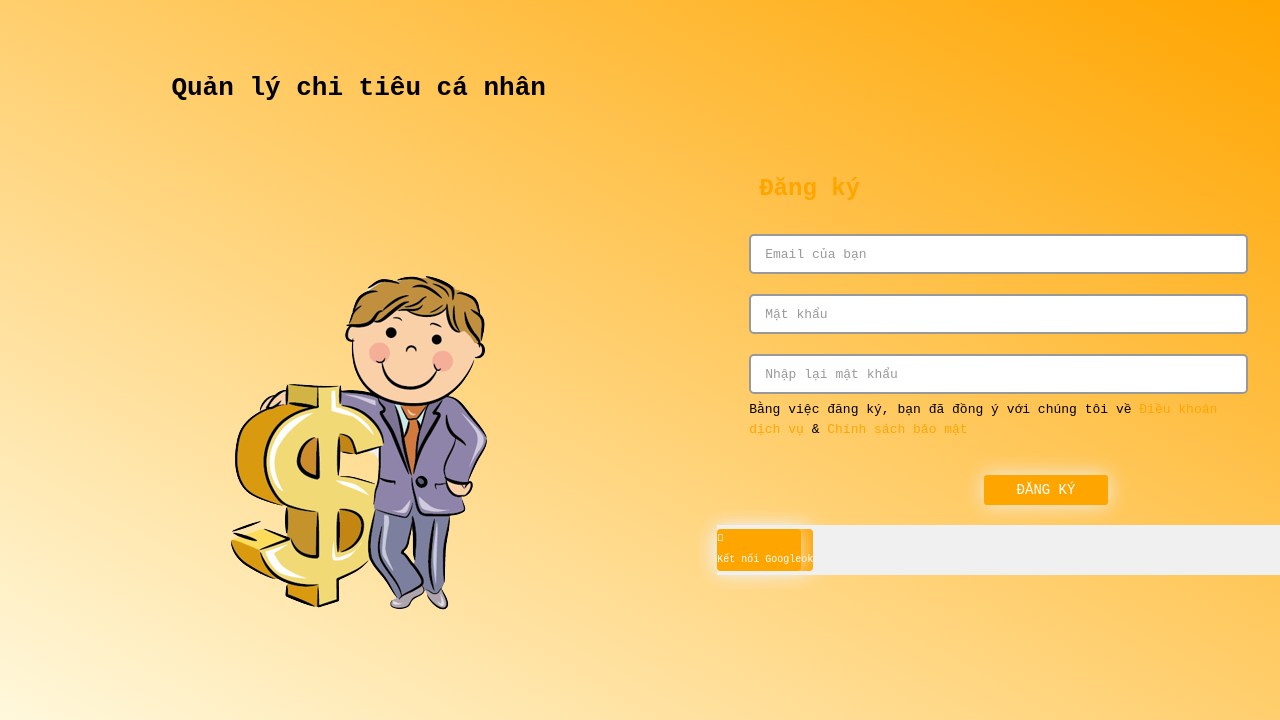
Repository: ximvhs/sochitieu
Page: login.html
These files come from the project's save history. The page is drawn as it stood at one moment and after the next save; the edit follows.
The browser window is 1280 px wide. The pictures show the whole page.
Some web fonts or font styles are not loaded; a fallback is used.

Above is the page before, as saved 2023-04-05 10:10:49.

### login.html
<!DOCTYPE html>
<html lang="en">
<head>
    <meta charset="UTF-8">
    <meta http-equiv="X-UA-Compatible" content="IE=edge">
    <meta name="viewport" content="width=device-width, initial-scale=1.0">
    <title>Đăng nhập</title>
    <link rel="stylesheet" href="./assets/css/login.css">
    <link rel="stylesheet" href="./assets/css/grid.css">
    <link rel="stylesheet" href="./assets/css/resets.css">
    <link rel="stylesheet" href="./assets/css/responsive.css">
    <link rel="stylesheet" href="./assets/css/base.css">
    <link rel="stylesheet" href="./themify-icons-font/themify-icons/themify-icons.css">
    <link rel="stylesheet" href="https://fonts.googleapis.com/css2?family=Material+Symbols+Outlined:opsz,wght,FILL,GRAD@20..48,100..700,0..1,-50..200" />
    <link rel="preconnect" href="https://fonts.googleapis.com">
    <link rel="preconnect" href="https://fonts.gstatic.com" crossorigin>
    <link href="https://fonts.googleapis.com/css2?family=Dongle:wght@700&display=swap" rel="stylesheet">
    <link rel="stylesheet" href="https://stackpath.bootstrapcdn.com/font-awesome/4.7.0/css/font-awesome.min.css"
    integrity="sha384-wvfXpqpZZVQGK6TAh5PVlGOfQNHSoD2xbE+QkPxCAFlNEevoEH3Sl0sibVcOQVnN" crossorigin="anonymous">
    <link rel="preconnect" href="https://fonts.gstatic.com">
    <link href="https://fonts.googleapis.com/css2?family=Open+Sans:ital,wght@0,400;0,600;0,700;0,800;1,400&display=swap"
    rel="stylesheet">
</head>
<body>
    <form action="">
        <div class="modal js-show_register">
                <div class="modal__body">
                    <div class="auth-form--left">
                        <H1>Quản lý chi tiêu cá nhân</H1>
                        <img src="./img/logo-login.png" alt="">
                    </div>
                    <div class="auth-form--right js-auth-form">
                        <div class="auth-form__container">
                            <div class="auth-form__header">
                                <h3 class="auth-form__heading">Đăng ký</h3>
                            </div>

                            <div class="auth-form__form">
                                <div class="auth-form__group">
                                    <input type="text" class="auth-form__input" required placeholder=" ">
                                    <div class="form-label">Email của bạn</div>
                                </div>
                                <div class="auth-form__group">
                                    <input type="password" class="auth-form__input" required placeholder=" ">
                                    <div class="form-label">Mật khẩu</div>
                                </div>
                                <div class="auth-form__group">
                                    <input type="password" class="auth-form__input" required placeholder=" ">
                                    <div class="form-label">Nhập lại mật khẩu</div>
                                </div>
                            </div>

                            <div class="auth-form__aside">
                                <p class="auth-form__policy-text">
                                    Bằng việc đăng ký, bạn đã đồng ý với chúng tôi về
                                    <a href="#" class="auth-form__text-link">Điều khoản dịch vụ</a> &
                                    <a href="#" class="auth-form__text-link">Chính sách bảo mật</a>
                                </p>
                            </div>
                            <div class="auth-form__controls">
                                <button class="btn btn--normal btn--primary">ĐĂNG KÝ</button>
                            </div>
                        </div>

                        <div class="auth-form__socials">
                            <a href="#" class="auth-form__socials--facebook btn btn--size-s btn--with-icon">
                                <i class="auth-form__socials-icon fab fa-facebook-square"></i>
                                <span class="auth-form__socials-text">Kết nối Facebook</span>
                            </a>
                            <a href="#" class="auth-form__socials--google btn btn--size-s btn--with-icon">
                                <i class="auth-form__socials-icon fab fa-google"></i>
                                <span class="auth-form__socials-text">Kết nối Google</span>
                            </a>
                        </div>
                    </div>
                </div>
        </div>
    </form>
</body>
</html>

### assets/css/login.css
.modal {
    background-image: linear-gradient(to top right, var(--primary-color), var(--secondary-color));
    height: 100vh;
}

.modal__body {
    height: 100vh;
    display: flex;
    justify-content: space-between;
    align-items: center;

}

.auth-form--left {
    height: 100vh;
    display: flex;
    justify-content: center;
    align-items: center;
    flex-wrap: wrap;
}



/* modal */
.itemhd button {
    height: 35px;
    width: 90px;
    margin-left: 10px;
    cursor: pointer;
    background-color: var(--secondary-color);
    border: none;
    border-radius: var(--border-box);
    padding: 5px;
    color: white;
    font-size: 14px;
    font-weight: 700;
}

.itemhd button:hover {
    opacity: 0.8;
}

.modal {
    position: fixed;
    z-index: 3;
    background-color: rgba(0, 0, 0, 0.5);
    top: 0;
    bottom: 0;
    right: 0;
    left: 0;
    /* display: none; */
    animation: fadeIn linear 0.1s;
    /* display: flex; */
}


.modal__body {
    position: relative;
    margin: auto;
}

.auth-form {
    width: 500px;
    background-color: white;
    border-radius: 5px;
    overflow: hidden;
    min-width: 20px;
    box-shadow: 0 0 12px rgb(0 0 0 / 70%);
    animation: Slide ease 0.5s;
}

.auth-form__container {
    padding: 0 32px;
}

.auth-form__header {
    display: flex;
    justify-content: space-between;
    align-items: center;
}

.auth-form__heading {
    font-size: 24px;
    padding: 10px;
    color: var(--secondary-color);
}

.auth-form__switch-btn {
    font-size: 16px;
    padding: 10px;
    color: var(--border-color);
}

.auth-form__switch-btn:hover {
    cursor: pointer;
    opacity: 0.7;
}

.auth-form__form input {
    width: 100%;
    height: 40px;
    padding: 12px;
    margin-bottom: 20px;
    border: solid 2px var(--border-color);
    outline: none;
    transition: all 0.5s ease;
    border-radius: 5px;
}

.auth-form__form input:focus {
    border: solid 2px var(--secondary-color);
}

.auth-form__group {
    position: relative;
}


.auth-form__group .form-label {
    position: absolute;
    font-size: 13px;
    color: var(--border-color);
    top: 35%;
    left: 16px;
    transform: translate(0,-50%);
    pointer-events: none;
    transition: all 0.3s ease;
    z-index: 1;
}

.auth-form__group .auth-form__input:not(:placeholder-shown) +.form-label,
.auth-form__group .auth-form__input:focus +.form-label {
    position: absolute;
    top: 0;
    left: 8px;
    display: inline-block;
    padding: 2px 10px;
    color: var(--secondary-color);
    font-size: 12px;
    z-index: 2;
    background-color: white;
}

.auth-form__text-link {
    text-decoration: none;
    color: var(--secondary-color);
}

.auth-form__text-link:hover {
    opacity: 0.7;
}


.auth-form__controls {
    display: flex;
    justify-content: right;
    height: 50px;
    width: 100%;
}

.auth-form__aside {
    float: right;
    margin: 0 0 14px 0;
}

.auth-form__aside a:hover {
    color: var(--secondary-color);
    cursor: pointer;
}

.auth-form__policy-text {
    margin: -14px 0 20px 0;
    transition: all 0.3s ease;
}

.auth-form__controls .btn {
    min-width: 124px;
    /* background-color: var(--white-color); */
    height: 30px;
    font-size: 14px;
    padding: 0 12px;
    border: none;
    border-radius: 3px;
    text-decoration: none;
    display: inline-flex;
    justify-content: center;
    align-items: center;
    cursor: pointer;
}

.auth-form__controls .btn:first-child {
    margin-right: 140px;
}

.auth-form__controls--back {
    border: solid 2px var(--secondary-color) !important;
    background-color: white;
    color: var(--secondary-color);
}

.auth-form__controls--back:hover {
    color: white;
    background-color: var(--secondary-color);
}

.auth-form__socials {
    height: 50px;
    display: flex;
    justify-content: space-between;
    align-items: center;
    background-color: var(--opacity-color);
}

### assets/css/grid.css
.grid {
    width: 100%;
    display: block;
    padding: 0;
}

.grid.wide {
    max-width: 1200px;
    margin: 0 auto;
}

.row {
    display: flex;
    flex-wrap: wrap;
    margin-left: -4px;
    margin-right: -4px;
}

.row.no-gutters {
    margin-left: 0;
    margin-right: 0;
}

.col {
    padding-left: 4px;
    padding-right: 4px;
}

.row.no-gutters .col {
    padding-left: 0;
    padding-right: 0;
}

.c-0 {
    display: none;
}

.c-1 {
    flex: 0 0 8.33333%;
    max-width: 8.33333%;
}

.c-2 {
    flex: 0 0 16.66667%;
    max-width: 16.66667%;
}

.c-3 {
    flex: 0 0 25%;
    max-width: 25%;
}

.c-4 {
    flex: 0 0 33.33333%;
    max-width: 33.33333%;
}

.c-5 {
    flex: 0 0 41.66667%;
    max-width: 41.66667%;
}

.c-6 {
    flex: 0 0 50%;
    max-width: 50%;
}

.c-7 {
    flex: 0 0 58.33333%;
    max-width: 58.33333%;
}

.c-8 {
    flex: 0 0 66.66667%;
    max-width: 66.66667%;
}

.c-9 {
    flex: 0 0 75%;
    max-width: 75%;
}

.c-10 {
    flex: 0 0 83.33333%;
    max-width: 83.33333%;
}

.c-11 {
    flex: 0 0 91.66667%;
    max-width: 91.66667%;
}

.c-12 {
    flex: 0 0 100%;
    max-width: 100%;
}

.c-o-1 {
    margin-left: 8.33333%;
}

.c-o-2 {
    margin-left: 16.66667%;
}

.c-o-3 {
    margin-left: 25%;
}

.c-o-4 {
    margin-left: 33.33333%;
}

.c-o-5 {
    margin-left: 41.66667%;
}

.c-o-6 {
    margin-left: 50%;
}

.c-o-7 {
    margin-left: 58.33333%;
}

.c-o-8 {
    margin-left: 66.66667%;
}

.c-o-9 {
    margin-left: 75%;
}

.c-o-10 {
    margin-left: 83.33333%;
}

.c-o-11 {
    margin-left: 91.66667%;
}

/* >= Tablet */
@media (min-width: 740px) {
    .row {
        margin-left: -8px;
        margin-right: -8px;
    }

    .col {
        padding-left: 8px;
        padding-right: 8px;
    }

    .m-0 {
        display: none;
    }

    .m-1,
    .m-2,
    .m-3,
    .m-4,
    .m-5,
    .m-6,
    .m-7,
    .m-8,
    .m-9,
    .m-10,
    .m-11,
    .m-12 {
        display: block;
    }

    .m-1 {
        flex: 0 0 8.33333%;
        max-width: 8.33333%;
    }

    .m-2 {
        flex: 0 0 16.66667%;
        max-width: 16.66667%;
    }

    .m-3 {
        flex: 0 0 25%;
        max-width: 25%;
    }

    .m-4 {
        flex: 0 0 33.33333%;
        max-width: 33.33333%;
    }

    .m-5 {
        flex: 0 0 41.66667%;
        max-width: 41.66667%;
    }

    .m-6 {
        flex: 0 0 50%;
        max-width: 50%;
    }

    .m-7 {
        flex: 0 0 58.33333%;
        max-width: 58.33333%;
    }

    .m-8 {
        flex: 0 0 66.66667%;
        max-width: 66.66667%;
    }

    .m-9 {
        flex: 0 0 75%;
        max-width: 75%;
    }

    .m-10 {
        flex: 0 0 83.33333%;
        max-width: 83.33333%;
    }

    .m-11 {
        flex: 0 0 91.66667%;
        max-width: 91.66667%;
    }

    .m-12 {
        flex: 0 0 100%;
        max-width: 100%;
    }

    .m-o-1 {
        margin-left: 8.33333%;
    }

    .m-o-2 {
        margin-left: 16.66667%;
    }

    .m-o-3 {
        margin-left: 25%;
    }

    .m-o-4 {
        margin-left: 33.33333%;
    }

    .m-o-5 {
        margin-left: 41.66667%;
    }

    .m-o-6 {
        margin-left: 50%;
    }

    .m-o-7 {
        margin-left: 58.33333%;
    }

    .m-o-8 {
        margin-left: 66.66667%;
    }

    .m-o-9 {
        margin-left: 75%;
    }

    .m-o-10 {
        margin-left: 83.33333%;
    }

    .m-o-11 {
        margin-left: 91.66667%;
    }
}

/* PC medium resolution > */
@media (min-width: 1113px) {
    .row {
        margin-left: -12px;
        margin-right: -12px;
    }

    .row.sm-gutter {
        margin-left: -5px;
        margin-right: -5px;
    }

    .col {
        padding-left: 12px;
        padding-right: 12px;
    }

    .row.sm-gutter .col {
        padding-left: 5px;
        padding-right: 5px;
    }

    .l-0 {
        display: none;
    }

    .l-1,
    .l-2,
    .l-2-4,
    .l-3,
    .l-4,
    .l-5,
    .l-6,
    .l-7,
    .l-8,
    .l-9,
    .l-10,
    .l-11,
    .l-12 {
        display: block;
    }

    .l-1 {
        flex: 0 0 8.33333%;
        max-width: 8.33333%;
    }

    .l-2 {
        flex: 0 0 16.66667%;
        max-width: 16.66667%;
    }

    .l-2-4 {
        flex: 0 0 20%;
        max-width: 20%;
    }

    .l-3 {
        flex: 0 0 25%;
        max-width: 25%;
    }

    .l-4 {
        flex: 0 0 33.33333%;
        max-width: 33.33333%;
    }

    .l-5 {
        flex: 0 0 41.66667%;
        max-width: 41.66667%;
    }

    .l-6 {
        flex: 0 0 50%;
        max-width: 50%;
    }

    .l-7 {
        flex: 0 0 58.33333%;
        max-width: 58.33333%;
    }

    .l-8 {
        flex: 0 0 66.66667%;
        max-width: 66.66667%;
    }

    .l-9 {
        flex: 0 0 75%;
        max-width: 75%;
    }

    .l-10 {
        flex: 0 0 83.33333%;
        max-width: 83.33333%;
    }

    .l-11 {
        flex: 0 0 91.66667%;
        max-width: 91.66667%;
    }

    .l-12 {
        flex: 0 0 100%;
        max-width: 100%;
    }

    .l-o-1 {
        margin-left: 8.33333%;
    }

    .l-o-2 {
        margin-left: 16.66667%;
    }

    .l-o-3 {
        margin-left: 25%;
    }

    .l-o-4 {
        margin-left: 33.33333%;
    }

    .l-o-5 {
        margin-left: 41.66667%;
    }

    .l-o-6 {
        margin-left: 50%;
    }

    .l-o-7 {
        margin-left: 58.33333%;
    }

    .l-o-8 {
        margin-left: 66.66667%;
    }

    .l-o-9 {
        margin-left: 75%;
    }

    .l-o-10 {
        margin-left: 83.33333%;
    }

    .l-o-11 {
        margin-left: 91.66667%;
    }
}

/* Tablet - PC low resolution */
@media (min-width: 740px) and (max-width: 1023px) {
    .wide {
        width: 644px;
    }
}

/* > PC low resolution */
@media (min-width: 1024px) and (max-width: 1239px) {
    .wide {
        width: 984px;
    }

    .wide .row {
        margin-left: -12px;
        margin-right: -12px;
    }

    .wide .row.sm-gutter {
        margin-left: -5px;
        margin-right: -5px;
    }

    .wide .col {
        padding-left: 12px;
        padding-right: 12px;
    }

    .wide .row.sm-gutter .col {
        padding-left: 5px;
        padding-right: 5px;
    }

    .wide .l-0 {
        display: none;
    }

    .wide .l-1,
    .wide .l-2,
    .wide .l-2-4,
    .wide .l-3,
    .wide .l-4,
    .wide .l-5,
    .wide .l-6,
    .wide .l-7,
    .wide .l-8,
    .wide .l-9,
    .wide .l-10,
    .wide .l-11,
    .wide .l-12 {
        display: block;
    }

    .wide .l-1 {
        flex: 0 0 8.33333%;
        max-width: 8.33333%;
    }

    .wide .l-2 {
        flex: 0 0 16.66667%;
        max-width: 16.66667%;
    }

    .wide .l-2-4 {
        flex: 0 0 20%;
        max-width: 20%;
    }

    .wide .l-3 {
        flex: 0 0 25%;
        max-width: 25%;
    }

    .wide .l-4 {
        flex: 0 0 33.33333%;
        max-width: 33.33333%;
    }

    .wide .l-5 {
        flex: 0 0 41.66667%;
        max-width: 41.66667%;
    }

    .wide .l-6 {
        flex: 0 0 50%;
        max-width: 50%;
    }

    .wide .l-7 {
        flex: 0 0 58.33333%;
        max-width: 58.33333%;
    }

    .wide .l-8 {
        flex: 0 0 66.66667%;
        max-width: 66.66667%;
    }

    .wide .l-9 {
        flex: 0 0 75%;
        max-width: 75%;
    }

    .wide .l-10 {
        flex: 0 0 83.33333%;
        max-width: 83.33333%;
    }

    .wide .l-11 {
        flex: 0 0 91.66667%;
        max-width: 91.66667%;
    }

    .wide .l-12 {
        flex: 0 0 100%;
        max-width: 100%;
    }

    .wide .l-o-1 {
        margin-left: 8.33333%;
    }

    .wide .l-o-2 {
        margin-left: 16.66667%;
    }

    .wide .l-o-3 {
        margin-left: 25%;
    }

    .wide .l-o-4 {
        margin-left: 33.33333%;
    }

    .wide .l-o-5 {
        margin-left: 41.66667%;
    }

    .wide .l-o-6 {
        margin-left: 50%;
    }

    .wide .l-o-7 {
        margin-left: 58.33333%;
    }

    .wide .l-o-8 {
        margin-left: 66.66667%;
    }

    .wide .l-o-9 {
        margin-left: 75%;
    }

    .wide .l-o-10 {
        margin-left: 83.33333%;
    }

    .wide .l-o-11 {
        margin-left: 91.66667%;
    }
}

### assets/css/base.css
:root {
    --primary-color:cornsilk;
    --secondary-color:orange;
    --opacity-color:#f0f0f0;
    --white-color: white;
    --border-color:#999;


    --border-box: 5px;
    --size-text: 16px;
    --size-title: 20px;
}

*{
    font-family: monospace;
    box-sizing: inherit;
    box-sizing: border-box;


}

html {
    line-height: 1.6rem;
    box-sizing: border-box;
    scroll-behavior: smooth;
}

body {
    margin: 0;
}

a {
    color: var(--text-color);
    text-decoration: none;
}

ul {
    padding-left: 0;
}

i {
    display: block;
}

li {
    list-style: none;
}

.btn {
    position: absolute;
    display: inline-block;
    background-color: var(--secondary-color);
    background-size: 200% auto;
    color: var(--white-color);
    box-shadow: 0 0 20px var(--opacity-color);
    font-size: 10px;
    border: none;
    outline: none;
    cursor: pointer;
    border-radius: 4px;
    transition: all 0.2s ease-in;
}


.btn:hover {
    background-position: right center;
    opacity: 0.8;
    text-decoration: none;
}


/* animation */
@keyframes Slide {
    from {
        opacity: 0;
        transform: translateY(-150px);
    }
    to {
        opacity: 1;
        transform: translateY(0);
    }
}

Loaded but not shown: assets/css/resets.css (no stored copy; drawn as an empty file); assets/css/responsive.css (no stored copy; drawn as an empty file)

After the next save:
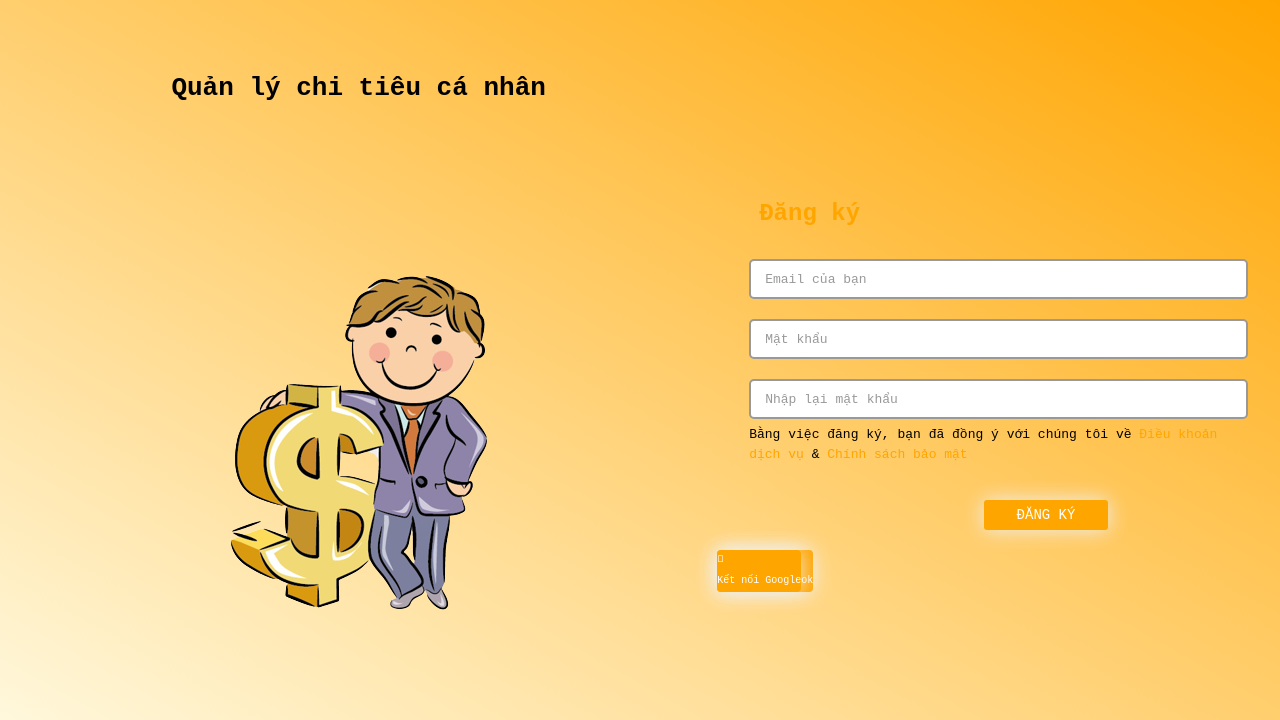
Saved 6 s later.
--- a/assets/css/login.css
+++ b/assets/css/login.css
@@ -202,11 +202,3 @@
     color: white;
     background-color: var(--secondary-color);
 }
-
-.auth-form__socials {
-    height: 50px;
-    display: flex;
-    justify-content: space-between;
-    align-items: center;
-    background-color: var(--opacity-color);
-}
